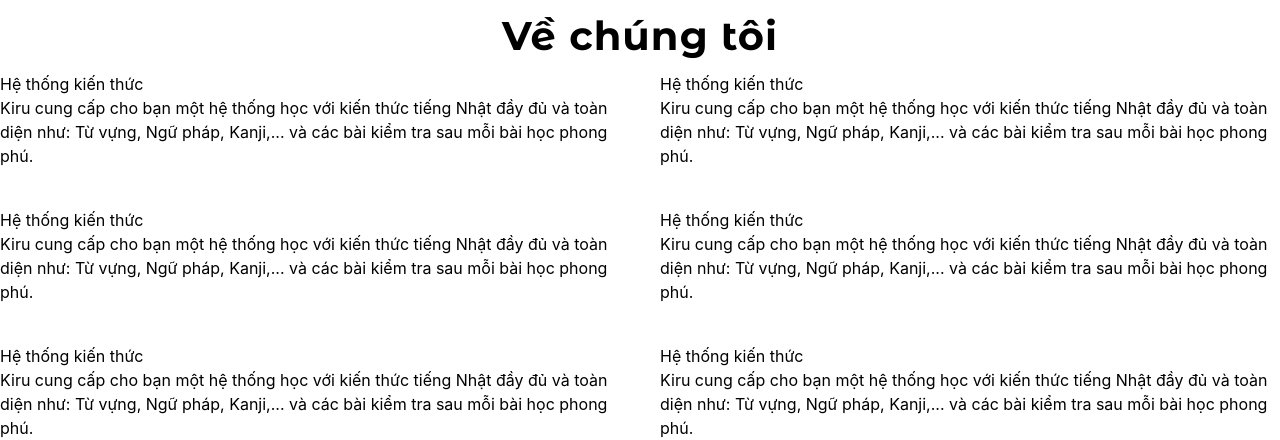
Repository: Quynhhuong150322/Kiru_Website-hoc-tieng-Nhat
Page: /
The author's editor kept a copy of each file at every save. The page is drawn from the files as they stood at one save, then again after the next save.
The browser window is 1280 px wide. The pictures show the part of the page from y = 820 to 1332 px (the page is 1260 px tall before and 1332 px after).
The project was rebuilt for these pictures with package versions that can differ from the ones it lists, and the page was loaded fresh each time.

Above is the page before, as saved 2023-08-13 16:36:34.

After the next save:
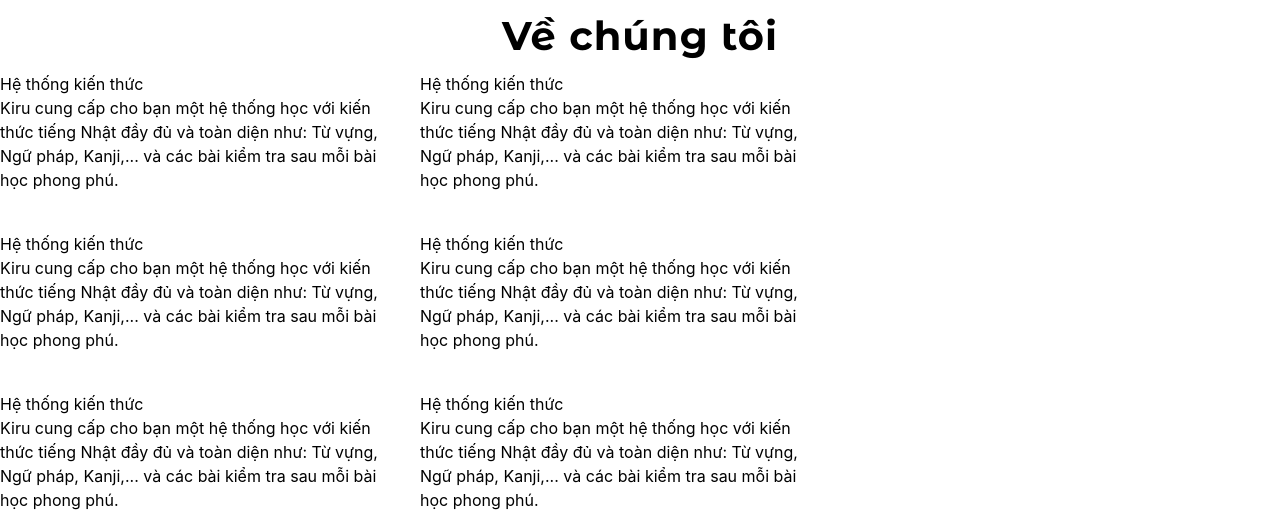
Saved 36 s later.
--- a/src/component/Gioi_thieu.js
+++ b/src/component/Gioi_thieu.js
@@ -36,7 +36,7 @@
             <div className="">
                 <div className="font-montserrat font-bold tracking-wide text-[40px] subpixel-antialiased leading-[4.5rem] text-center">Về chúng tôi</div>
                 <div className="">
-                    <div className="grid grid-cols-2 gap-10">
+                    <div className="grid grid-cols-2 gap-10 flex-initial w-[800px]">
                         <div className="">
                             <div className="">
                                 <p className="">Hệ thống kiến thức</p>
